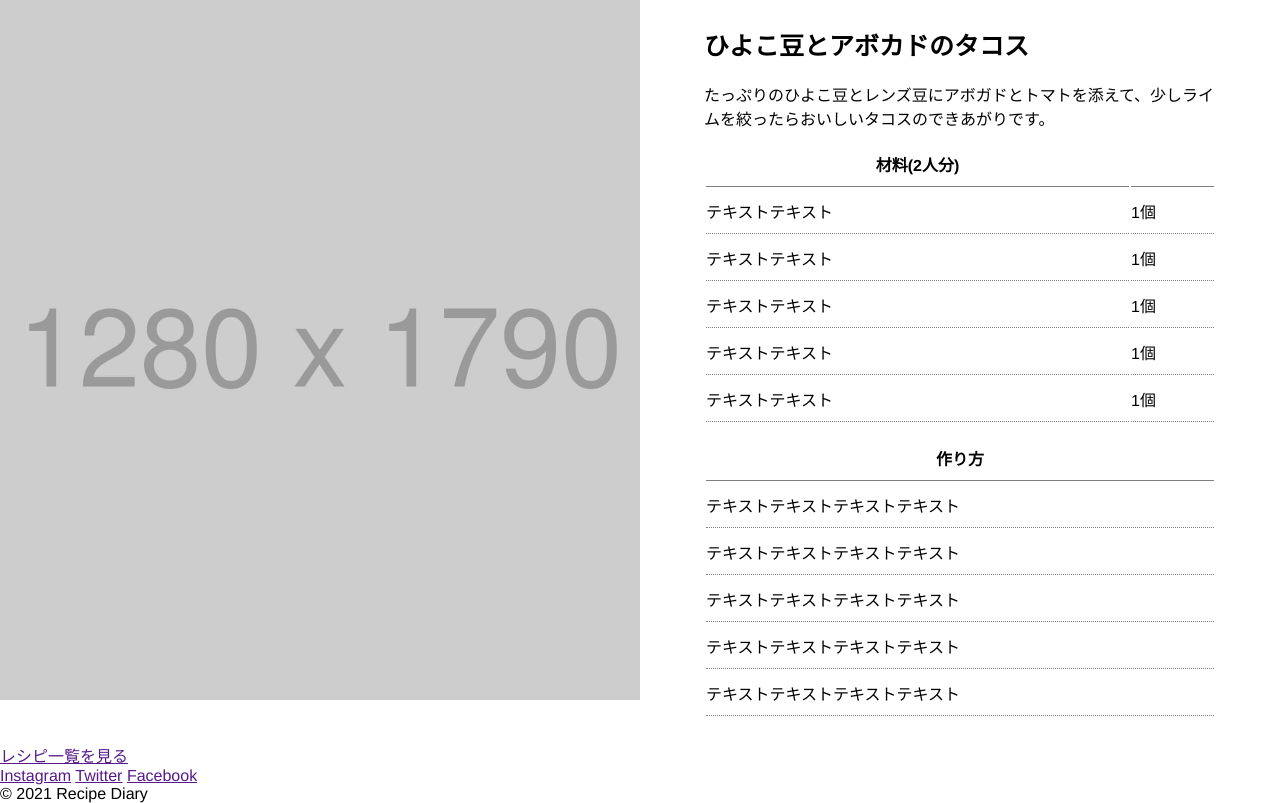
Repository: n19880405nick/challenge
Page: Codestep/Recipe Diary/recipe.html
The author's editor kept a record of every edit. The page is drawn from the files as they stood at one moment, then again after the next edit.
The browser window is 1280 px wide. The pictures show the whole page.

Above is the page before.

After the next edit:
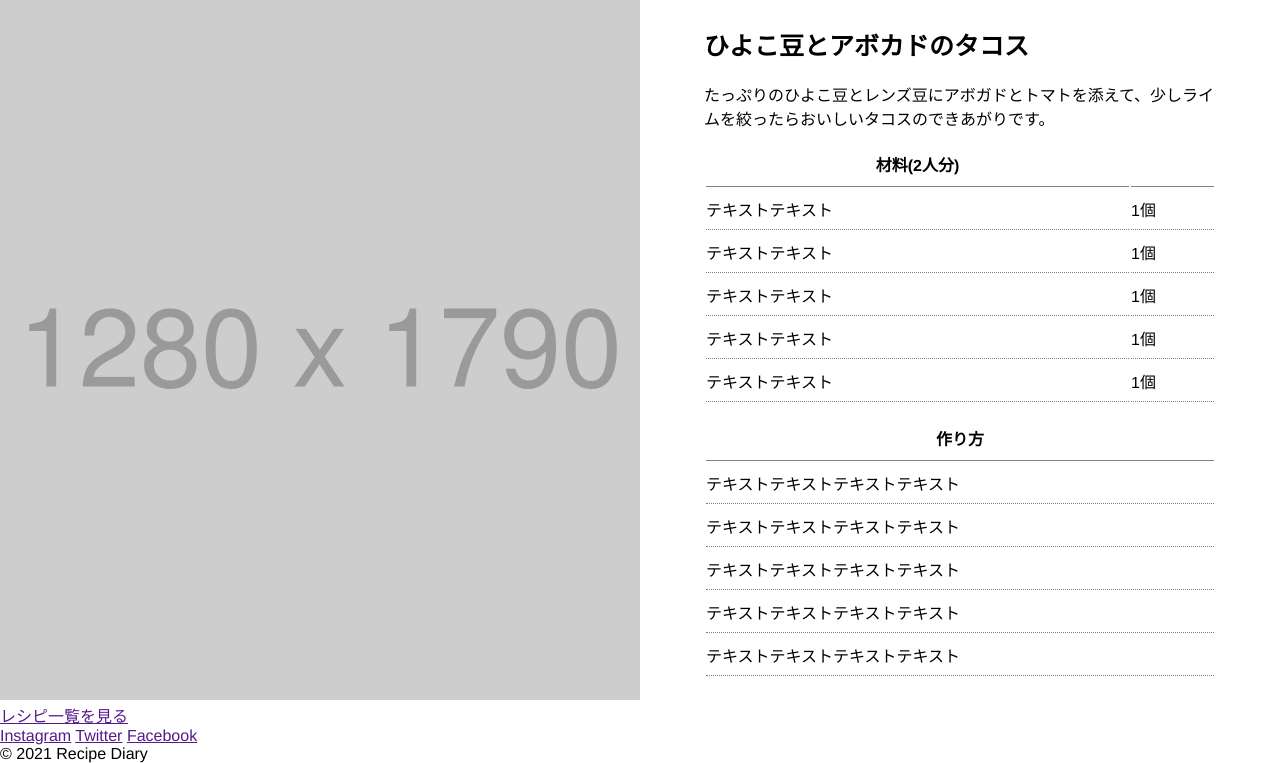
The edit:
--- a/Codestep/Recipe Diary/recipe.css
+++ b/Codestep/Recipe Diary/recipe.css
@@ -47,6 +47,6 @@
 }
 
 td{
-  padding: 10px 0;
+  padding: 8px 0;
   border-bottom: dotted 1px gray;
 }
